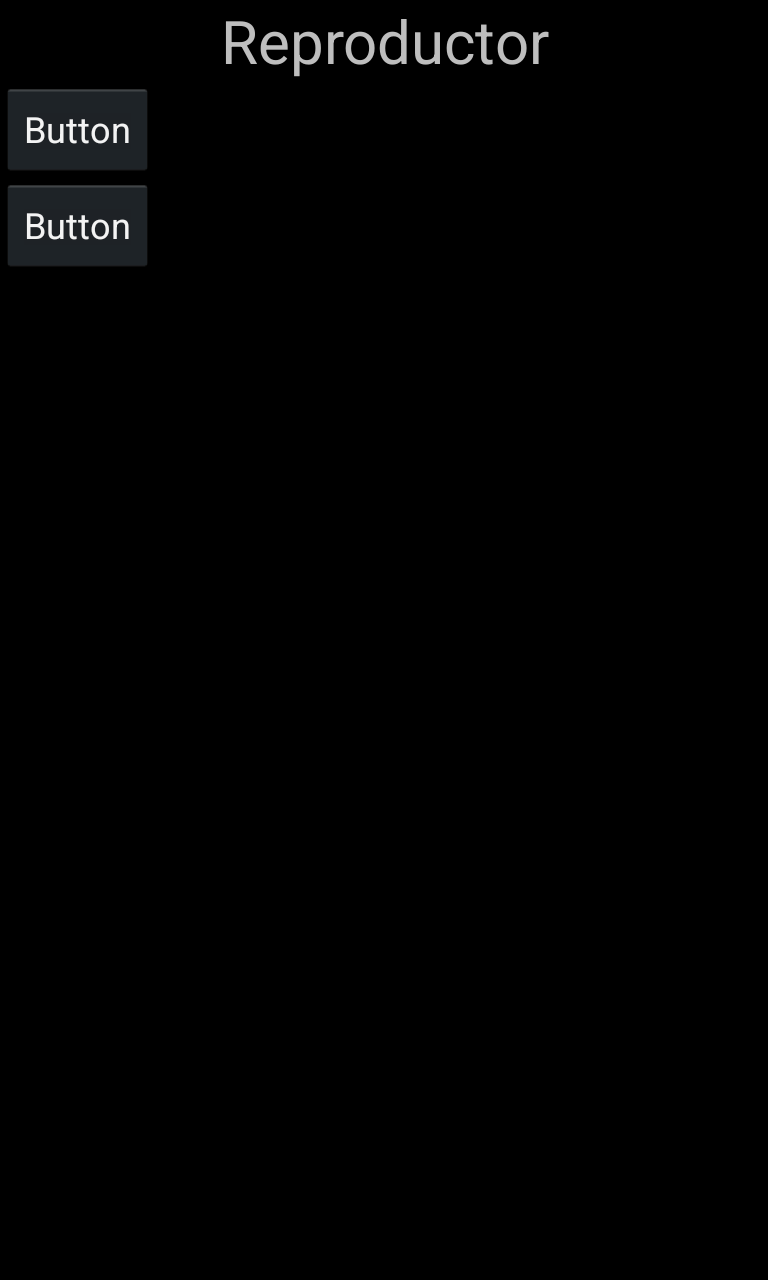
Repository: dorisserruto/un_exercises
Layout: javaandroid/Recursos/workspace-profe/lab13_player1/res/layout/main.xml
An editor plug-in stored every save of this project. The layout is shown before and after the next save, followed by the edit.
It is drawn on a 768 x 1280 px phone screen (xhdpi) without system bars, with theme android:Theme.Holo; the app's code is not run.

Above is the layout before, as saved 2012-06-24 15:16:00.

### javaandroid/Recursos/workspace-profe/lab13_player1/res/layout/main.xml
<?xml version="1.0" encoding="utf-8"?>
<LinearLayout xmlns:android="http://schemas.android.com/apk/res/android"
    android:layout_width="fill_parent"
    android:layout_height="fill_parent"
    android:orientation="vertical" >

    <TextView
        android:layout_width="fill_parent"
        android:layout_height="wrap_content"
        android:text="Reproductor"
        android:gravity="center"
        android:textSize="30sp"
        />

    <Button
        android:id="@+id/button1"
        android:layout_width="wrap_content"
        android:layout_height="wrap_content"
        android:text="Button" />

    <Button
        android:id="@+id/button2"
        android:layout_width="wrap_content"
        android:layout_height="wrap_content"
        android:text="Button" />

</LinearLayout>

After the next save:
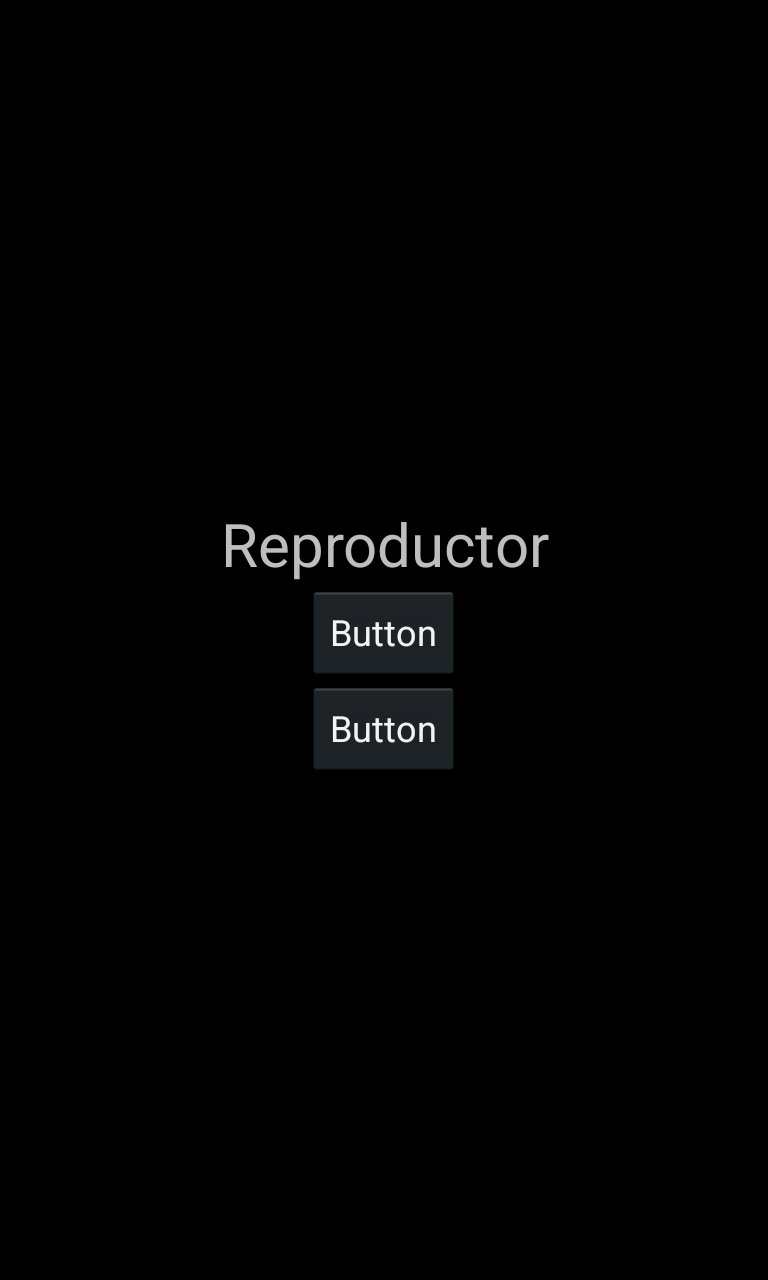
Saved 49 s later.
--- a/javaandroid/Recursos/workspace-profe/lab13_player1/res/layout/main.xml
+++ b/javaandroid/Recursos/workspace-profe/lab13_player1/res/layout/main.xml
@@ -2,7 +2,9 @@
 <LinearLayout xmlns:android="http://schemas.android.com/apk/res/android"
     android:layout_width="fill_parent"
     android:layout_height="fill_parent"
-    android:orientation="vertical" >
+    android:orientation="vertical"
+    android:gravity="center">
+    >
 
     <TextView
         android:layout_width="fill_parent"
